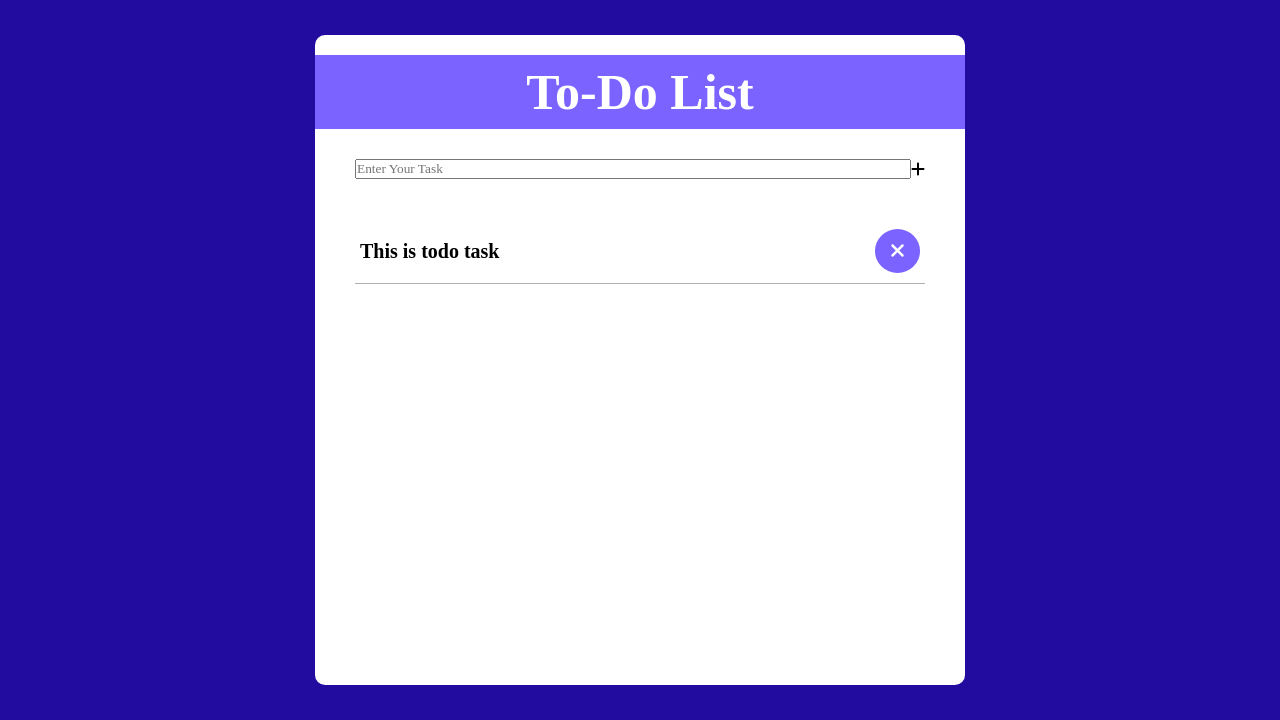
Repository: AliHassan02-Dev/To-Do-App
Page: /
The author's editor kept a copy of each file at every save. The page is drawn from the files as they stood at one save, then again after the next save.
The browser window is 1280 px wide. The pictures show the whole page.
Some web libraries are served in a nearby version. The project was rebuilt for these pictures with package versions that can differ from the ones it lists, and the page was loaded fresh each time. Also part of the build but not shown: vite.config.js.

Above is the page before, as saved 2024-10-28 11:52:35.

After the next save:
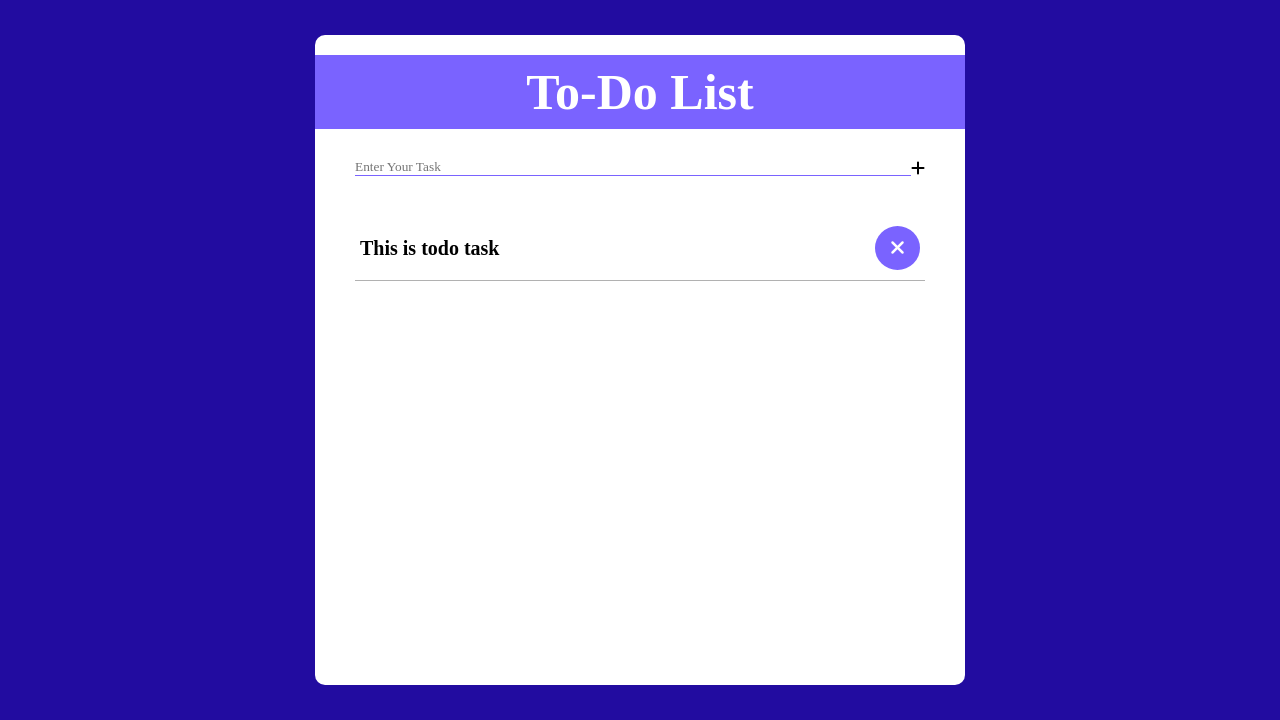
Saved 18 s later.
--- a/src/App.css
+++ b/src/App.css
@@ -48,6 +48,8 @@
 
 .mainWrapper .container .topBar .addTask input {
   width: 100%;
+  border: none;
+  border-bottom: 1px solid rgb(122, 99, 255);
 }
 
 .mainWrapper .container .bottomBar {
